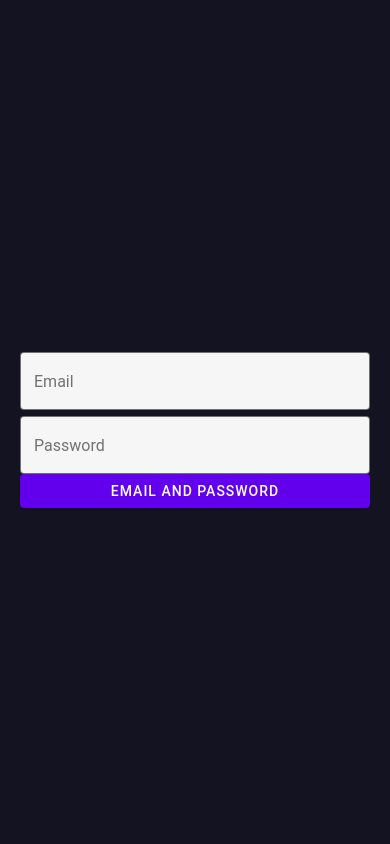
Repository: pascalgrim/GymTracker
Screen: /
The author's editor kept a copy of each file at every save. The screen is drawn from the files as they stood at one save, then again after the next save.
The app was drawn by React Native's web renderer in a window 390 px wide. The project was rebuilt for these pictures with package versions that can differ from the ones it lists, and the page was loaded fresh each time. Also part of the build but not shown: components/menuCard.js, components/Dashboard.js, firebase.js, context/AuthContext.js.

Above is the screen before, as saved 2021-11-05 19:58:49.

### App.js
import { StatusBar } from "expo-status-bar";
import React from "react";
import {
  Button,
  StyleSheet,
  Text,
  View,
  TouchableOpacity,
  Image,
  SafeAreaView,
} from "react-native";
import MenuCard from "./components/menuCard";

// LOGOS
import mainLogo from "./imgs/mainLogo.png";
import SettingsIcon from "./imgs/mainSettings.png";

// ICONS FOR CARDS
import IconSessions from "./imgs/schreibe-brief.png";
import Dashboard from "./components/Dashboard";
import Signup from "./components/Signup";

export default function App() {
  return (
    <View style={styles.container}>
      {/* <Dashboard/> */}
      <Signup/>

      <StatusBar style="auto" />
    </View>
  );
}

const styles = StyleSheet.create({
  container: {
    flex: 1,
    backgroundColor: "#131321",
    paddingLeft: 20,
    paddingRight: 20,
    paddingTop: 30,
    paddingBottom: 20,
  },
});

### components/Signup.js
import React from 'react'
import {Card, Button,TextInput,Appbar} from 'react-native-paper';
import { View,StyleSheet } from 'react-native';
import { useRef ,useState} from 'react'
import { Link,Route,BrowserRouter as Router,Routes } from 'react-router-dom';
// import Button from '@mui/material/Button';
import {useAuth} from "../context/AuthContext"

export default function Signup() {
    const emailRef = useRef()
    const passwordRef = useRef()
    const passwordConfirmRef = useRef()
    const signup = useAuth()
    const [error,setError] = useState("")
    const [loading,setLoading] = useState(false)

    async function handleSubmit(e){
        e.preventDefault()
        console.log((passwordRef.current.value).length)

        if (passwordRef.current.value !== passwordConfirmRef.current.value){
            return setError("Passwords do not match.")
        }
        else if ((passwordRef.current.value).length < 6){
            return setError("Passwords must have at least 6 characters.")
        }
        try{
            setError("")
            setLoading(true)
            await signup(emailRef.current.value,passwordRef.current.value)
            history.push("/")
        }catch{
            setError("Failed to create an Account.")
        }
        setLoading(false)


    }
    return (
        <View style={styles.container}>
            <TextInput label="Email" mode="outlined" style={styles.textInput}/>
            <TextInput label="Password" mode="outlined" secureTextEntry={true}/>
            <Button dark={true} mode="contained" onPress={handleSubmit}>Email And Password</Button>
        </View>

    )
}

const styles = StyleSheet.create({
    container: {
        flex:1,
        justifyContent:"center",
    },
    textInput:{

    }
  });

After the next save:
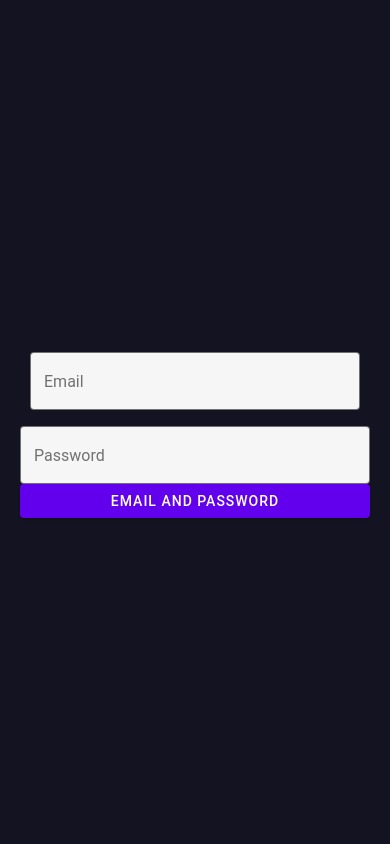
Saved 15 s later.
--- a/components/Signup.js
+++ b/components/Signup.js
@@ -52,6 +52,6 @@ const styles = StyleSheet.create({
         justifyContent:"center",
     },
     textInput:{
-
+        margin:10,
     }
   });
